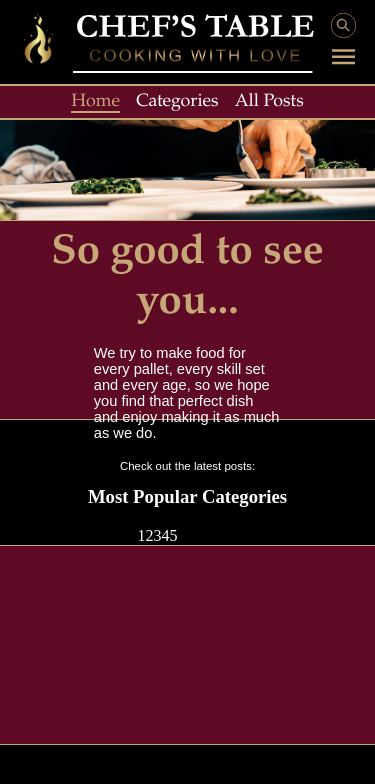
Repository: Noroff-FEU-Assignments/project-exam-1-runeunhjem
Page: index.html
These files come from the project's save history. The page is drawn as it stood at one moment and after the next save; the edit follows.
The browser window is 375 px wide. The pictures show the whole page.
The page's requests for data from a server got no answer.

Above is the page before, as saved 2023-05-01 14:16:31.

After the next save:
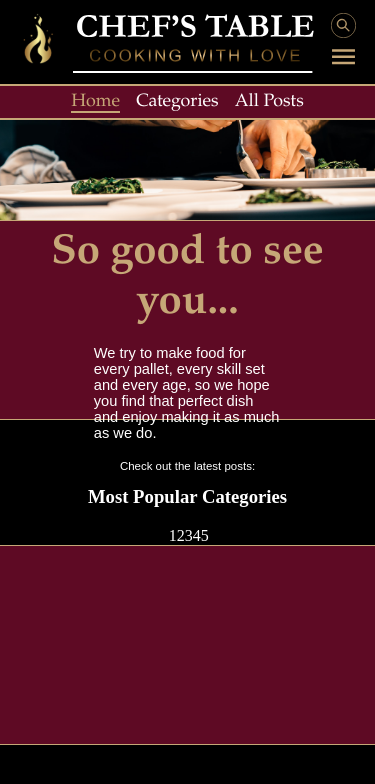
Saved 6 s later.
--- a/css/styles.css
+++ b/css/styles.css
@@ -279,7 +279,7 @@ main {
 
 .categories-container {
   display: flex;
-  width: 100px;
+  width: 10vw;
 }
 
 footer {
@@ -314,4 +314,4 @@ footer {
     background-image: url(../images/hero-image.png);
     height: 100px;
   }
-}/*# sourceMappingURL=styles_20230501141631.css.map */
+}/*# sourceMappingURL=styles_20230501141637.css.map */
